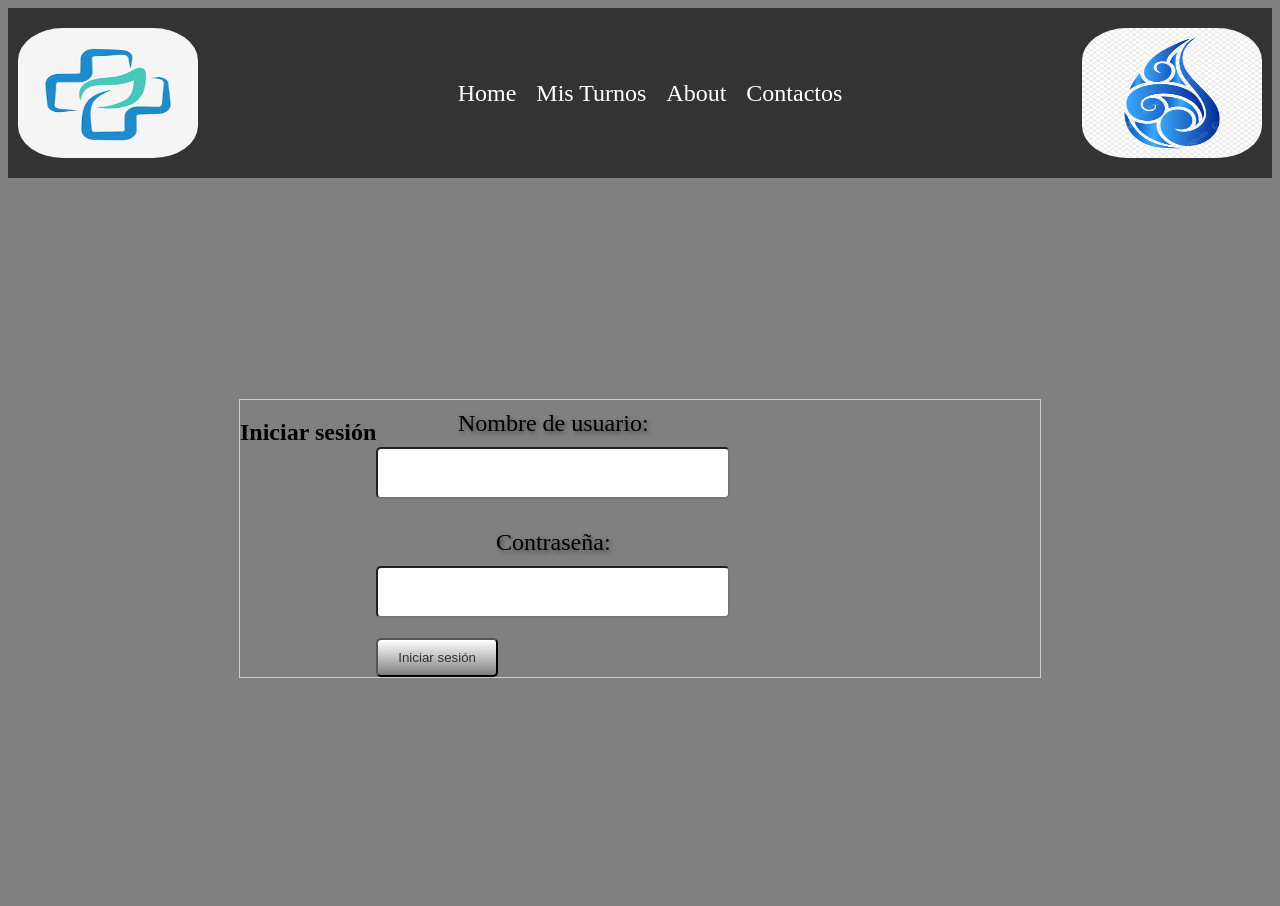
Repository: mauro8778/TurnoClinica
Page: / (app in front/vite-project/)
The author's editor kept a copy of each file at every save. The page is drawn from the files as they stood at one save, then again after the next save.
The browser window is 1280 px wide. The pictures show the whole page.
The project was rebuilt for these pictures with package versions that can differ from the ones it lists, and the page was loaded fresh each time. Also part of the build but not shown: front/vite-project/vite.config.js.

Above is the page before, as saved 2024-04-14 10:58:43.

### front/vite-project/src/App.jsx

import "./index.css"
import NavBar from "./components/NavBar/NavBar.jsx";
import Login from "./views/Login/Login"


function App() {


  return (
    <>
    <NavBar/>
  <Login/>
    </>


  )
}

export default App

### front/vite-project/src/index.css
body{

  background-color: grey;
}

### front/vite-project/src/components/NavBar/NavBar.jsx

import  "./NavBar.css";
import hospital from "../../assets/hospital.jpg"
import logo from "../../assets/logo.jpg"


const NavBar=()=>{

    return(
    <>

    <div className="navbar">
      <img src={hospital} alt="Imagen 1" className="left-image" />
      <ul className="nav-list">
        <li>Home</li>
        <li>Mis Turnos </li>
        <li>About</li>
        <li>Contactos </li>
      </ul>
      <img src={logo} alt="Imagen 2" className="right-image" />
    </div>


    </>
    )
}
export default NavBar;

### front/vite-project/src/views/Login/Login.jsx
import { useState } from "react";
import axios from "axios"
import "./login.css";

const LoginForm = () => {
  const [credentials, setCredentials] = useState({
    username: "",
    password: ""
  });

  const [error, setError] = useState("");

  const handleInputChange = (event) => {
    const { name, value } = event.target;
    setCredentials({
      ...credentials,
      [name]: value
    });
  };

  const handleFormSubmit = async (event) => {
    event.preventDefault();
    try {
      const response = await axios.post("http://localhost:3000/users/loguin", credentials);
      if (response.status === 200) {
        alert("Inicio de sesión exitoso");

    } else {
        setError("Credenciales inválidas");
      }
    } catch (error) {
      console.error("Error al iniciar sesión:", error);
      setError("Error al iniciar sesión. Por favor, inténtalo de nuevo más tarde");
    }
  };

  return (
    <div className="card-container">
    <div className="card">
      <h2>Iniciar sesión</h2>
      <form onSubmit={handleFormSubmit}>
        <div className="input-container">
          <label htmlFor="username">Nombre de usuario:</label>
          <input
            type="text"
            id="username"
            name="username"
            value={credentials.username}
            onChange={handleInputChange}
          />
        </div>
        <div className="input-container">
          <label htmlFor="password">Contraseña:</label>
          <input
            type="password"
            id="password"
            name="password"
            value={credentials.password}
            onChange={handleInputChange}
          />
        </div>
        {error && <p className="error">{error}</p>}
        <button type="submit">Iniciar sesión</button>
      </form>
    </div>
  </div>
);
};

export default LoginForm;

### front/vite-project/src/components/NavBar/NavBar.css
.navbar {
  display: flex;
  justify-content: space-between;
  align-items: center;
  background-color: #333;
  padding: 10px;
  height: 150px;
}

.nav-list {
  list-style: none;
  display: flex;
  margin: 0;
  padding: 0;
}

.nav-list li {
  margin-left: 20px;
  color: white;
  font-size: 1.5rem;
}

.left-image,
.right-image {
  width: 180px;
  height: 130px;
  border-radius: 25%;
}

### front/vite-project/src/views/Login/login.css
.card-container {
  display: flex;
  justify-content: center;
  align-items: center;
  height: 100vh;
}
.centered{
  text-align: center;
  font-size: 3rem;
  color: black;
  padding: 10px 20px;
  text-shadow: 2px 2px 4px rgba(0, 0, 0, 0.5);
}
label{
  text-align: center;
  font-size: 1.5rem;
  color: black;
  padding: 10px 20px;
  border-radius: 5px;
  text-shadow: 2px 2px 4px rgba(0, 0, 0, 0.5);
  display: flex;
  justify-content: center;

}
input{
  text-align: right;
  font-size: 1.5rem;
  color: black;
  padding: 10px 20px;
  border-radius: 5px;
  text-shadow: 2px 2px 4px rgba(0, 0, 0, 0.5);
}

.card {
  display: flex;
  border: 1px solid #ccc;
  width: 80%;
  max-width: 800px;
}

.left-column,
.right-column {
  flex: 1;
  padding: 20px;
  background: linear-gradient(white,grey) ;
  display: flex;
  justify-content: center;
  align-items: center;
}

.left-column {
  border-right: 1px solid #ccc;
  background: linear-gradient(white,grey);
  display: flex;
  justify-content: center;
  align-items: center;
}

.right-column {
  display: flex;
  flex-direction: column;
  align-items: center;
  padding: 20px; }

.right-column h2 {
  margin-bottom: 20px;
}

.form-container {
  width: 80%;
  text-align: center;
}

.input-container {
  width: 100%;
  margin-bottom: 20px;
  text-align: left;
}

.error {
  color: red;
  text-align: center;
}

.button-container {
  margin: 0 5px;
}


.botones{
  display: flex;
  justify-content: space-between;
  align-items: center;
}
button {
  padding: 10px 20px;
  background: linear-gradient(white, grey);
  transition: background-color 0.3s ease;
  text-decoration: none;
  color: #333;
  border-radius: 5px;
}
button:hover {
  background-color: rgba(0, 0, 0, 0.1);
}
.Links {
  padding: 10px 20px;
  background: linear-gradient(white, grey);
  transition: background-color 0.3s ease;
  text-decoration: none;
  color: #333;
  border-radius: 5px;
}
.Links:hover {
  background-color: rgba(0, 0, 0, 0.1);
}

Loaded but not shown: front/vite-project/index.html (common file); front/vite-project/src/main.jsx (common file)

After the next save:
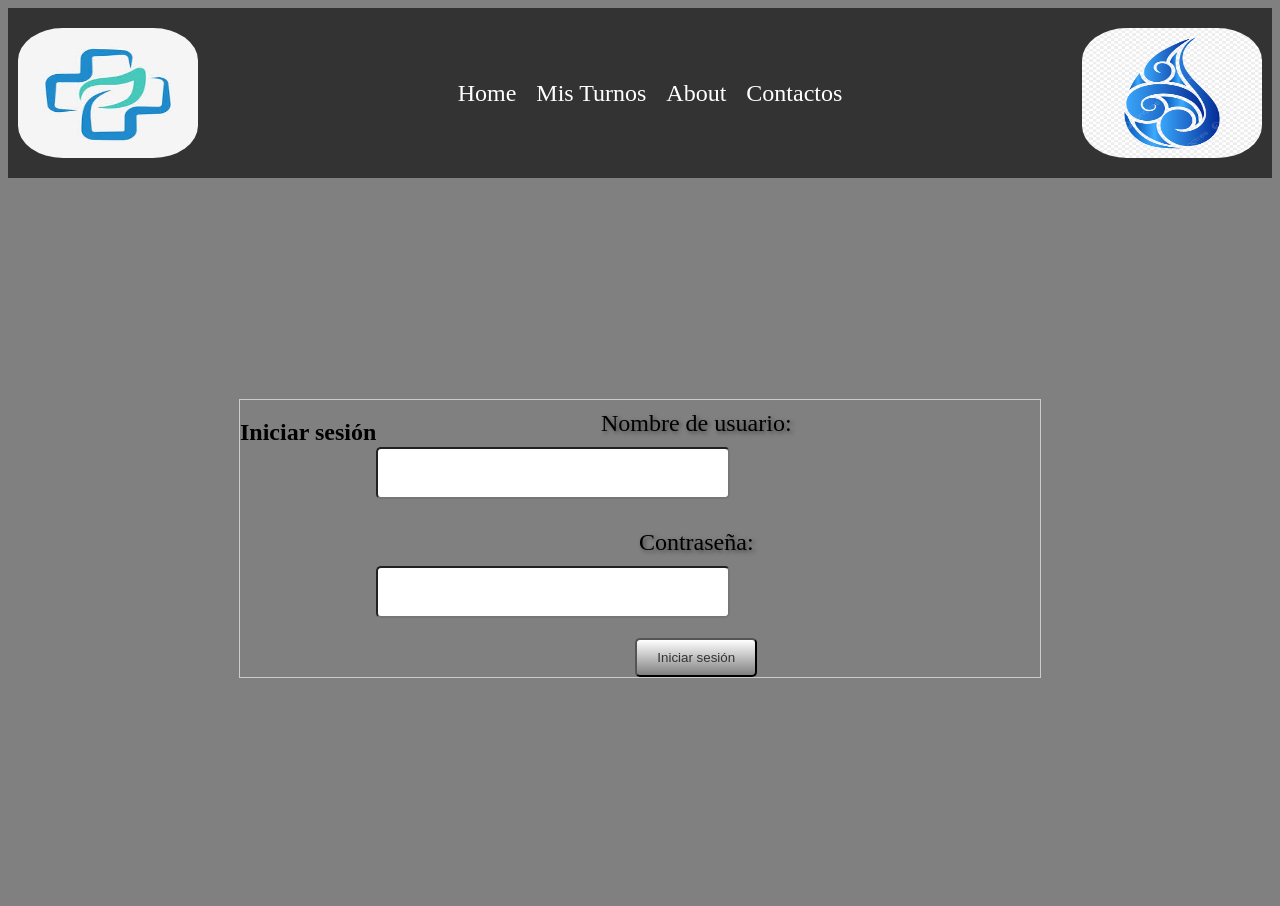
Saved 32 s later.
--- a/front/vite-project/src/views/Login/Login.jsx
+++ b/front/vite-project/src/views/Login/Login.jsx
@@ -38,7 +38,7 @@ const LoginForm = () => {
     <div className="card-container">
     <div className="card">
       <h2>Iniciar sesión</h2>
-      <form onSubmit={handleFormSubmit}>
+      <form onSubmit={handleFormSubmit} className="form-container">
         <div className="input-container">
           <label htmlFor="username">Nombre de usuario:</label>
           <input
